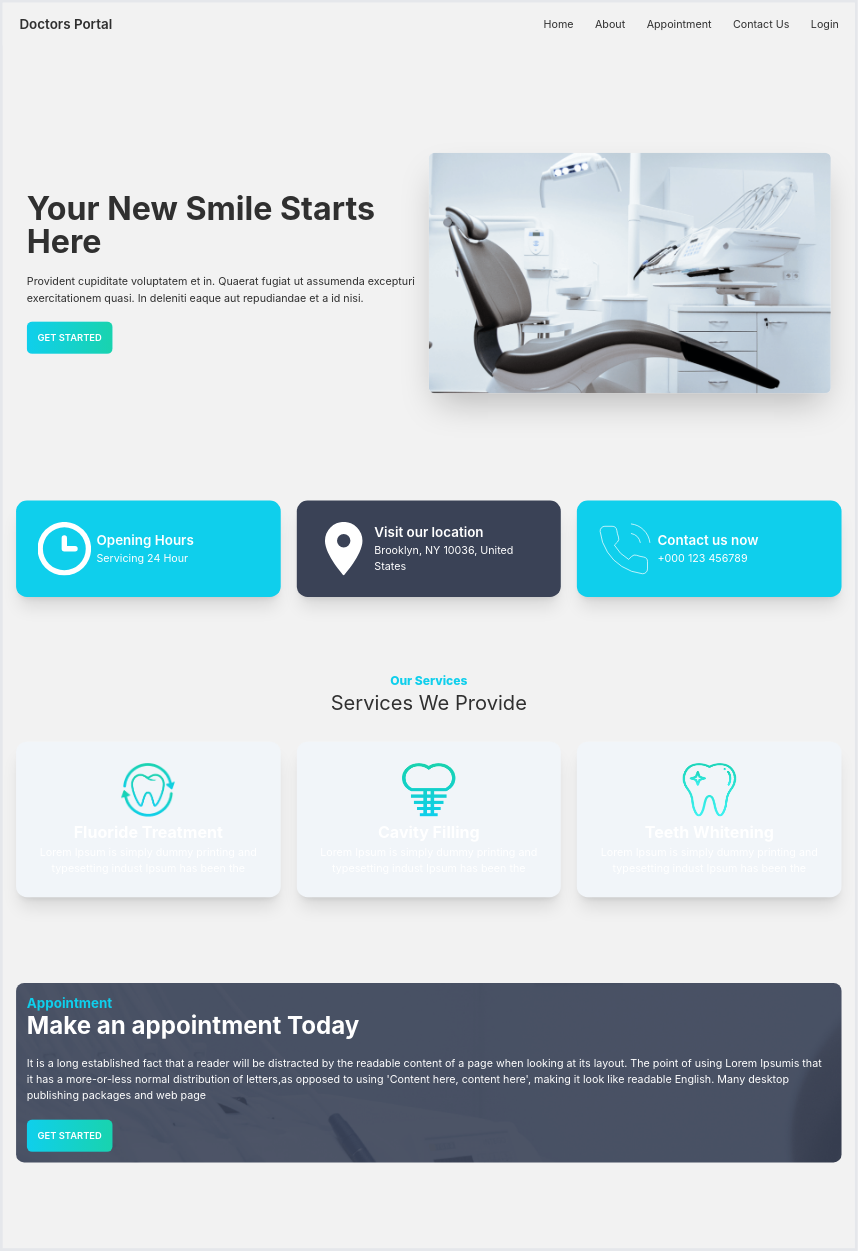
Repository: Samad77/Doctorportal-Client
Page: /
An editor plug-in stored every save of this project. The page is shown before and after the next save, followed by the edit.
The browser window is 1280 px wide. The pictures show the whole page, at 67% of full size.
The project was rebuilt for these pictures with package versions that can differ from the ones it lists, and the page was loaded fresh each time. Also part of the build but not shown: src/Pages/Login/Login.js.

Above is the page before, as saved 2022-11-12 18:50:38.

### src/App.js
import logo from './logo.svg';
import './App.css';
import {RouterProvider} from 'react-router-dom'
import router from './Layout/Routes/Routes';
import Cards from './Pages/Home/Cards/Cards';
function App() {
  return (
    <div className="App max-w-[1440px] mx-auto border-4">
      <RouterProvider router={router}>

      </RouterProvider>
    </div>
  );
}

export default App;

### src/Layout/Routes/Routes.js
import { createBrowserRouter } from "react-router-dom";
import Home from "../../Pages/Home/Home";
import Login from "../../Pages/Login/Login";
import Main from "../Main/Main";

const router = createBrowserRouter([
    {path : "/",
    element : <Main></Main>,
    children : [
        {path : '/', element : <Home></Home>,},
        {path: '/home', element : <Home></Home>},
        {path: '/login', element : <Login></Login>},
    ]
    }
])

export default router;

### src/Pages/Home/Cards/Cards.js
import React from 'react';
import img1 from '../../../assets/icons/clock.svg'
import img2 from '../../../assets/icons/marker.svg'
import img3 from '../../../assets/icons/phone.svg'
import img4 from '../../../assets/icons/quote.svg'

const Cards = () => {
    return (
        <section className='grid grid-cols-1 gap-6 md:grid-cols-2 lg:grid-cols-3 my-28'>
            <div className="card  bg-primary text-white shadow-xl">
                <div className="card-body flex flex-col items-center  lg:flex-row">
                    <div className=''>
                        <img src={img1} alt="" className='w-20 h-20'/>
                    </div>
                    <div className='text-left'>
                        <h2 className="card-title">Opening Hours</h2>
                        <p>Servicing 24 Hour</p>
                    </div>

                </div>
            </div>

            <div className="card  bg-neutral text-white shadow-xl">
                <div className="card-body flex flex-col items-center  lg:flex-row">
                    <div className=''>
                        <img src={img2} alt="" className='w-20 h-20'/>
                    </div>
                    <div className='text-left'>
                        <h2 className="card-title">Visit our location</h2>
                        <p>Brooklyn, NY 10036, United States</p>
                    </div>

                </div>
            </div>

            <div className="card  bg-primary text-white shadow-xl">
                <div className="card-body flex flex-col items-center  lg:flex-row">
                    <div className=''>
                        <img src={img3} alt="" className='w-20 h-20'/>
                    </div>
                    <div className='text-left'>
                        <h2 className="card-title">Contact us now</h2>
                        <p>+000 123 456789</p>
                    </div>

                </div>
            </div>
        </section>
    );
};

export default Cards;

### src/Pages/Home/Home.js
import React from 'react';
import Banner from './Banner/Banner';
import Cards from './Cards/Cards';
import MakeAppointment from './MakeAppointment/MakeAppointment';
import Services from './Services/Services';

const Home = () => {
    return (
        <div className='mx-5'>
            <Banner></Banner>
            <Cards></Cards>
            <Services></Services>
            <MakeAppointment></MakeAppointment>
        </div>
    );
};

export default Home;

### src/Layout/Main/Main.js
import React from 'react';
import Footer from '../../Pages/Shared/Footer/Footer';
import Navbar from '../../Pages/Shared/Navbar/Navbar';
import {Outlet} from 'react-router-dom'
const Main = () => {
    return (
        <div>
            <Navbar></Navbar>
                <Outlet></Outlet>
            <Footer></Footer>
        </div>
    );
};

export default Main;

### src/Pages/Home/Banner/Banner.js
import React from 'react';
import img1 from '../../../assets/images/chair.png'
import PrimaryButton from '../../../Components/PrimaryButton/PrimaryButton';
const Banner = () => {
    return (
        <div className="hero bg-base-100 my-36">
            <div className="hero-content flex-col lg:flex-row-reverse">
                <img src={img1} className=" rounded-lg shadow-2xl lg:w-1/2" />
                <div className='text-left'>
                <h1 className="text-5xl font-bold">Your New Smile Starts Here</h1>
                <p className="py-6">Provident cupiditate voluptatem et in. Quaerat fugiat ut assumenda excepturi exercitationem quasi. In deleniti eaque aut repudiandae et a id nisi.</p>
                <PrimaryButton>Get Started</PrimaryButton>
                </div>
            </div>
        </div>
    );
};

export default Banner;

### src/Pages/Home/MakeAppointment/MakeAppointment.js
import React from 'react';
import img1 from '../../../assets/images/appointment.png'
import doctor from '../../../assets/images/doctor.png'
import PrimaryButton from '../../../Components/PrimaryButton/PrimaryButton';

const MakeAppointment = () => {
    return (
        <div className="hero bg-base-100 my-32 text-white rounded-xl" style={{background : `url(${img1})`}}>
  <div className="hero-content flex-col lg:flex-row-reverse">
    <div className="text-center lg:text-left">
      <h1 className='text-primary text-xl font-bold' >Appointment</h1>
      <h1 className="text-4xl font-bold">Make an appointment Today</h1>
      <p className="py-6">It is a long established fact that a reader will be distracted by the readable content of a page when looking at its layout. The point of using Lorem Ipsumis that it has a more-or-less normal distribution of letters,as opposed to using 'Content here, content here', making it look like readable English. Many desktop publishing packages and web page</p>
      <PrimaryButton>Get Started</PrimaryButton>
    </div>
    <div className=" card hidden flex-shrink-0 w-1/2 -mt-36 -mb-4">
       <img src={doctor} alt="" />
    </div>
  </div>
</div>
    );
};

export default MakeAppointment;

### src/Pages/Home/Services/Services.js
import React from 'react';
import img1 from '../../../assets/images/fluoride.png'
import img2 from '../../../assets/images/cavity.png'
import img3 from '../../../assets/images/whitening.png'
const Services = () => {
    const allServices = [
        {
            img : img1,
            name : "Fluoride Treatment",
            about : "Lorem Ipsum is simply dummy printing and typesetting indust Ipsum has been the"
        },
        {
            img : img2,
            name : "Cavity Filling",
            about : "Lorem Ipsum is simply dummy printing and typesetting indust Ipsum has been the"
        },
        {
            img : img3,
            name : "Teeth Whitening",
            about : "Lorem Ipsum is simply dummy printing and typesetting indust Ipsum has been the"
        },
    ]
    return (

        <section>

            <div className=''>
                <h1 className='text-primary text-lg font-extrabold'>Our Services</h1>
                <p className='text-3xl'>Services We Provide</p>
            </div>

            <div className='grid grid-cols-1 gap-6 my-10 md:grid-cols-2 lg:grid-cols-3'>

            {
                allServices.map( service => <Service key={service.name} service={service}></Service>)
            }
            </div>
        </section>

    );
};

const Service = ({service}) => {
    return (
        <div className="card  bg-primary text-white shadow-xl bg-slate-100 text-black ">
            <div className="card-body flex flex-col items-center  ">
                <div className=''>
                    <img src={service.img} alt="" className='w-20 h-20'/>
                </div>
                <div className=''>
                    <h2 className="text-2xl font-bold">{service.name}</h2>
                    <p>{service.about}</p>
                </div>
            </div>
        </div>


    )
}
export default Services;

### src/Pages/Shared/Navbar/Navbar.js
import React from 'react';
import {Link} from 'react-router-dom'
const Navbar = () => {

    const menuItems =

    <React.Fragment>
        <li><Link to="/home">Home</Link></li>
        <li><Link to="/about">About</Link></li>
        <li><Link to="/appointment">Appointment</Link></li>
        <li><Link to="/contact">Contact Us</Link></li>
        <li><Link to="/login">Login</Link></li>
    </React.Fragment>

    return (
        <div className="navbar bg-base-100 flex justify-between">
  <div className="navbar-start">
    <div className="dropdown">
      <label tabIndex={0} className="btn btn-ghost lg:hidden">
        <svg xmlns="http://www.w3.org/2000/svg" className="h-5 w-5" fill="none" viewBox="0 0 24 24" stroke="currentColor"><path strokeLinecap="round" strokeLinejoin="round" strokeWidth="2" d="M4 6h16M4 12h8m-8 6h16" /></svg>
      </label>
      <ul tabIndex={0} className="menu menu-compact dropdown-content mt-3 p-2 shadow rounded-box w-52">
            {menuItems}
      </ul>
    </div>
    <Link to='/' className="btn btn-ghost normal-case text-xl">Doctors Portal</Link>
  </div>
  <div className="navbar-center hidden lg:flex">
    <ul className="menu menu-horizontal p-0">
        {menuItems}
    </ul>
  </div>

</div>
    );
};

export default Navbar;

### src/Components/PrimaryButton/PrimaryButton.js
import React from 'react';

const PrimaryButton = ({children}) => {
    return (
        <button className="btn btn-primary border-0 bg-gradient-to-r from-primary to-secondary text-white">{children}</button>
    );
};

export default PrimaryButton;

### tailwind.config.js
/** @type {import('tailwindcss').Config} */
module.exports = {
  content: ["./src/**/*.{js,jsx,ts,tsx}"],
  theme: {
    extend: {},
  },
  daisyui : {
    themes : [

    {
      doctorThemes: {

primary: "#0FCFEC",

secondary: "#19D3AE",

neutral: "#3A4256",

"base-100": "#F2F2F2",

      },
    },
  ]
  },
  plugins: [require("daisyui")],
}

Loaded but not shown: public/index.html (common file); src/index.js (common file); src/index.css (common file); src/reportWebVitals.js (common file); src/App.css (common file); src/Pages/Shared/Footer/Footer.js (common file)

After the next save:
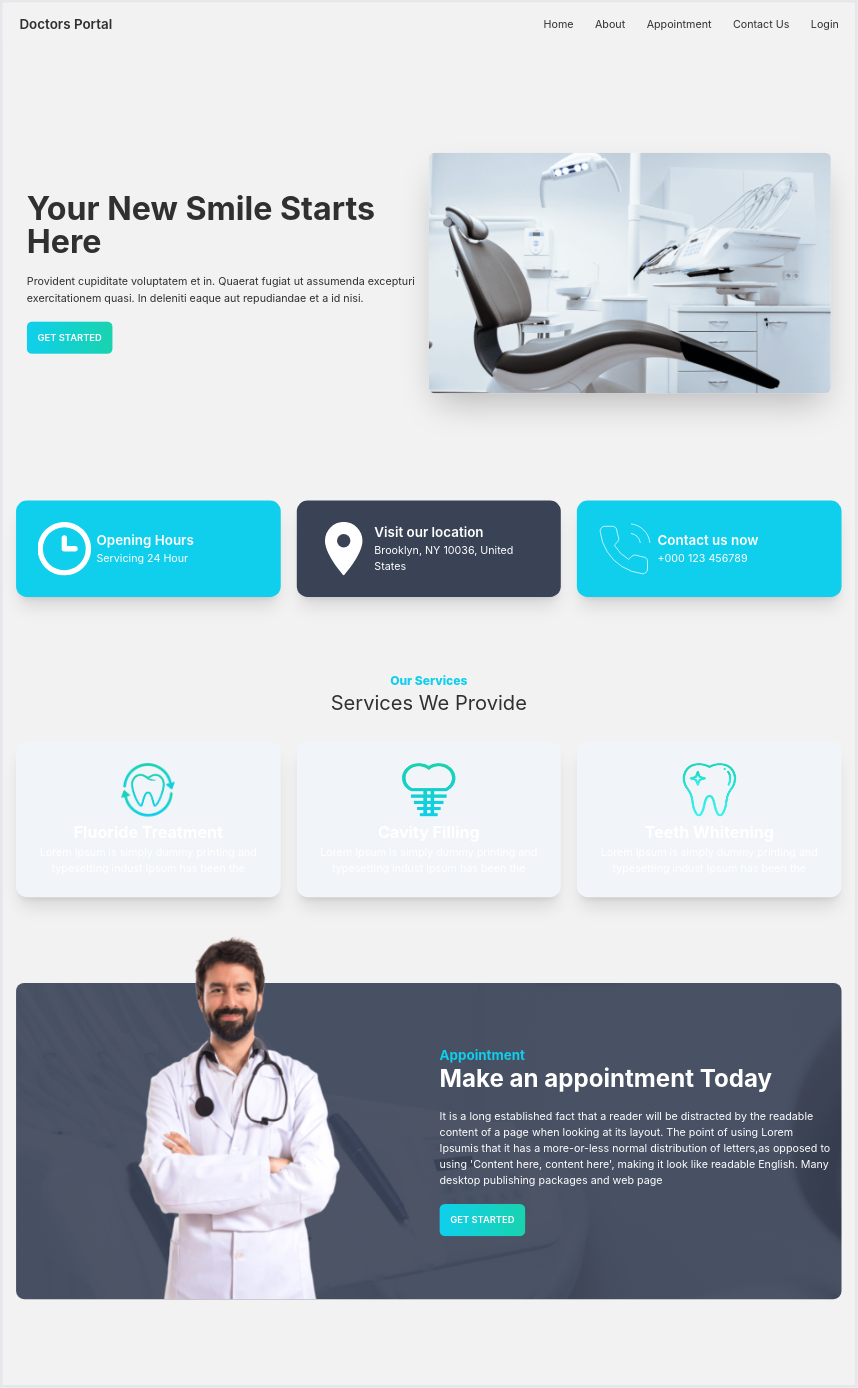
Saved 10 s later.
--- a/src/Pages/Home/MakeAppointment/MakeAppointment.js
+++ b/src/Pages/Home/MakeAppointment/MakeAppointment.js
@@ -13,7 +13,7 @@ const MakeAppointment = () => {
       <p className="py-6">It is a long established fact that a reader will be distracted by the readable content of a page when looking at its layout. The point of using Lorem Ipsumis that it has a more-or-less normal distribution of letters,as opposed to using 'Content here, content here', making it look like readable English. Many desktop publishing packages and web page</p>
       <PrimaryButton>Get Started</PrimaryButton>
     </div>
-    <div className=" card hidden flex-shrink-0 w-1/2 -mt-36 -mb-4">
+    <div className=" card hidden flex-shrink-0 w-1/2 -mt-36 -mb-4 lg:block">
        <img src={doctor} alt="" />
     </div>
   </div>
